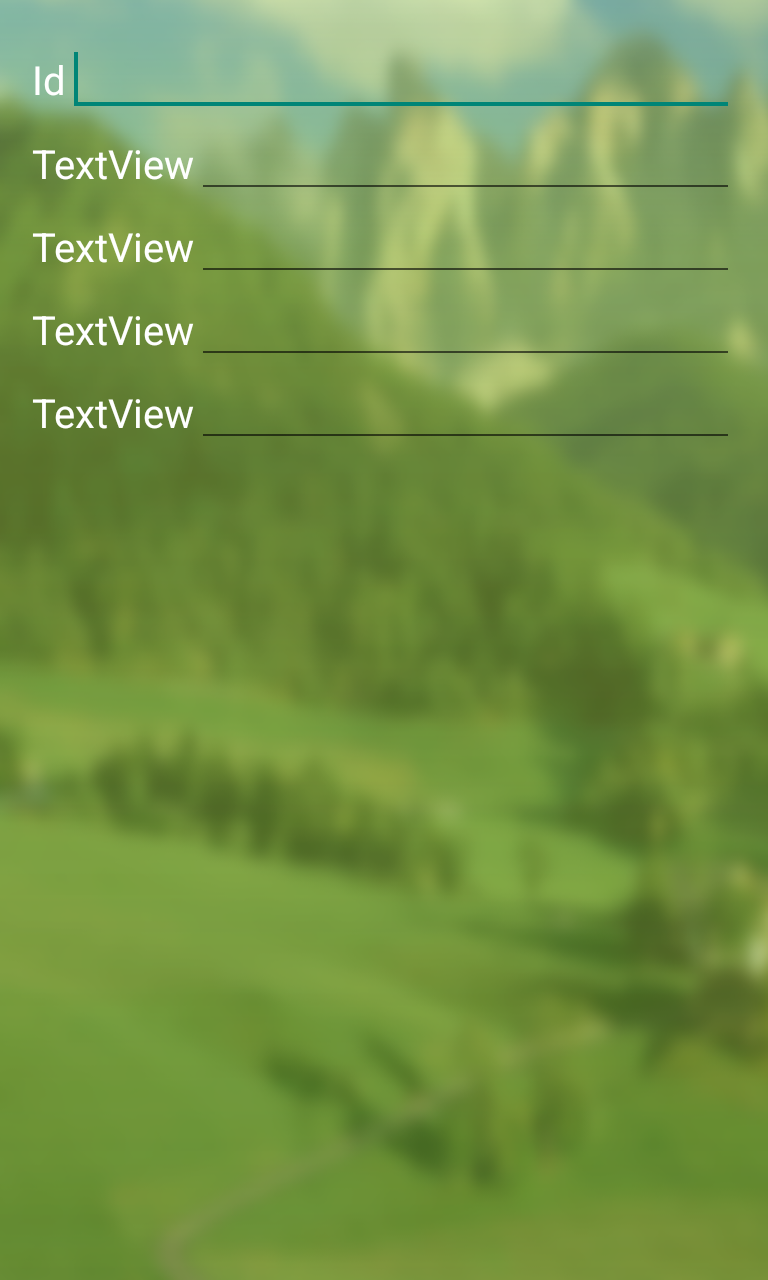
Repository: AntonioloNeviani/ProyectoDeInvestigacion_Android
Layout: FiliiStude/res/layout/activity_nuevo_usuario.xml
These files come from the project's save history. The layout is drawn as it stood at one moment and after the next save; the edit follows.
It is drawn on a 768 x 1280 px phone screen (xhdpi) without system bars, with theme AppTheme; the app's code is not run.

Above is the layout before, as saved 2015-05-26 08:16:36.

After the next save:
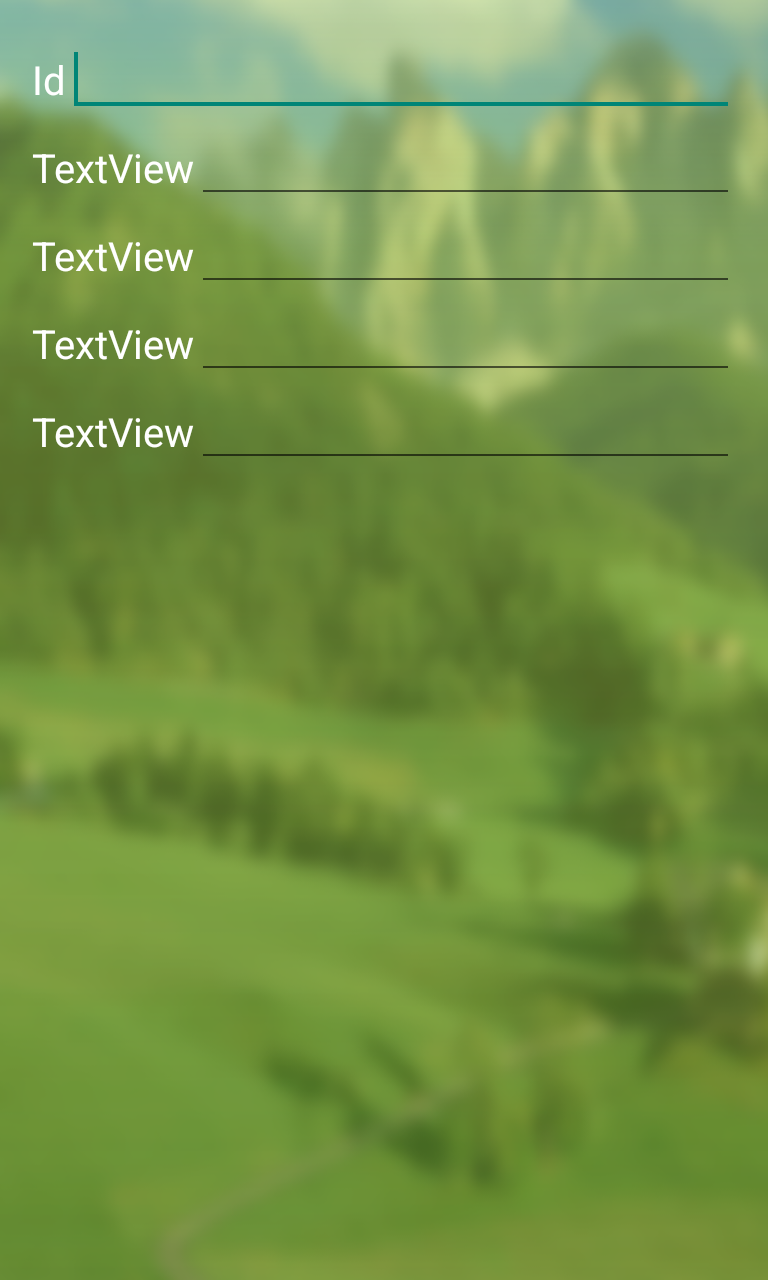
Saved 107 s later.
--- a/FiliiStude/res/layout/activity_nuevo_usuario.xml
+++ b/FiliiStude/res/layout/activity_nuevo_usuario.xml
@@ -33,7 +33,7 @@
                 android:layout_width="wrap_content"
                 android:layout_height="wrap_content"
                 android:layout_weight="1"
-                android:inputType="numberPassword"
+                android:inputType="number"
                 android:textColor="#FFFFFF"
                 android:textSize="20sp" >
 
@@ -58,7 +58,9 @@
                 android:id="@+id/editText2"
                 android:layout_width="match_parent"
                 android:layout_height="wrap_content"
-                android:inputType="textPersonName" />
+                android:inputType="textPersonName"
+                android:textColor="#FFFFFF"
+                android:textSize="20sp" />
 
         </LinearLayout>
 
@@ -79,7 +81,9 @@
                 android:layout_width="wrap_content"
                 android:layout_height="wrap_content"
                 android:layout_weight="1"
-                android:inputType="textPersonName" />
+                android:inputType="textPersonName"
+                android:textColor="#FFFFFF"
+                android:textSize="20sp" />
 
         </LinearLayout>
 
@@ -100,7 +104,9 @@
                 android:layout_width="wrap_content"
                 android:layout_height="wrap_content"
                 android:layout_weight="1"
-                android:inputType="date" />
+                android:inputType="date"
+                android:textColor="#FFFFFF"
+                android:textSize="20sp" />
 
         </LinearLayout>
 
@@ -121,7 +127,9 @@
                 android:layout_width="wrap_content"
                 android:layout_height="wrap_content"
                 android:layout_weight="1"
-                android:inputType="textPersonName" />
+                android:inputType="textPersonName"
+                android:textColor="#FFFFFF"
+                android:textSize="20sp" />
 
         </LinearLayout>
 
